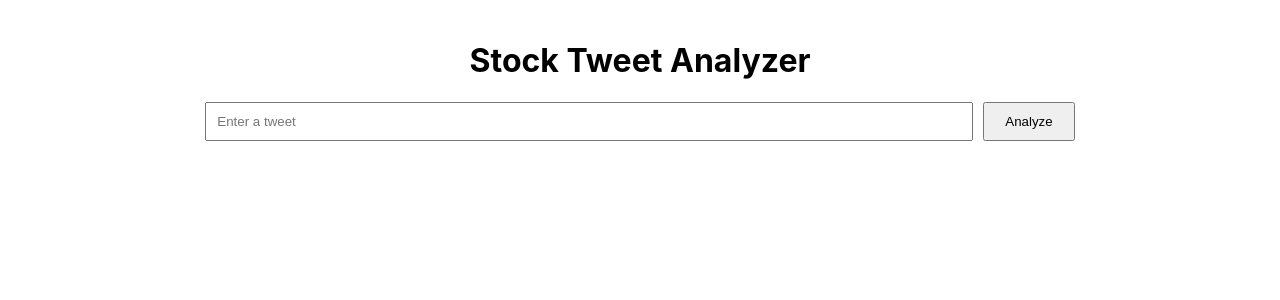
Repository: ayushlenka/ecs171
Page: / (app in frontend/)
These files come from the project's save history. The page is drawn as it stood at one moment and after the next save; the edit follows.
The browser window is 1280 px wide. The pictures show the whole page.
The project was rebuilt for these pictures with package versions that can differ from the ones it lists, and the page was loaded fresh each time. Imported but missing from the stored project, and not drawn on this page: frontend/src/serviceWorkerRegistration.

Above is the page before, as saved 2025-03-09 23:08:19.

### frontend/src/App.js
import React, { useState } from "react";
import { analyzeTweet } from "./services/api";

function App() {
    const [tweet, setTweet] = useState("");
    const [result, setResult] = useState(null);

    const handleSubmit = async (e) => {
        e.preventDefault();
        const response = await analyzeTweet(tweet);
        setResult(response);
    };

    return (
        <div style={{ textAlign: "center", padding: "20px" }}>
            <h1>Stock Tweet Analyzer</h1>
            <form onSubmit={handleSubmit}>
                <input
                    type="text"
                    value={tweet}
                    onChange={(e) => setTweet(e.target.value)}
                    placeholder="Enter a tweet"
                    required
                    style={{ width: "60%", padding: "10px" }}
                />
                <button type="submit" style={{ marginLeft: "10px", padding: "10px 20px" }}>
                    Analyze
                </button>
            </form>

            {result && (
                <div style={{ marginTop: "20px" }}>
                    <h3>Result:</h3>
                    <p><strong>Emotion:</strong> {result.emotion}</p>
                    <p><strong>Sentiment:</strong> {result.sentiment}</p>
                </div>
            )}
        </div>
    );
}

export default App;

### frontend/src/services/api.js
import axios from "axios";

const API_BASE_URL = "http://127.0.0.1:8000"; // FastAPI server

export const analyzeTweet = async (tweet) => {
    try {
        const response = await axios.post(`${API_BASE_URL}/analyze_tweet`, { tweet });
        return response.data;
    } catch (error) {
        console.error("API Error:", error);
        return null;
    }
};

Loaded but not shown: frontend/public/index.html (common file); frontend/src/index.js (common file); frontend/src/index.css (common file); frontend/src/reportWebVitals.js (common file)

After the next save:
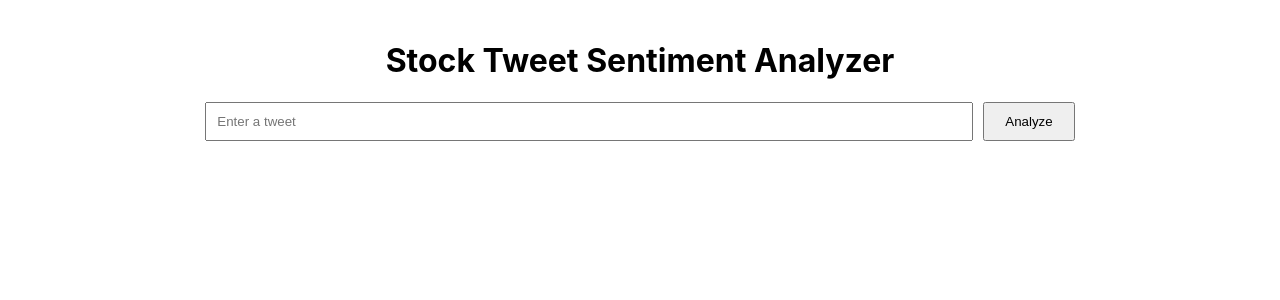
Saved 13 s later.
--- a/frontend/src/App.js
+++ b/frontend/src/App.js
@@ -13,7 +13,7 @@ function App() {
 
     return (
         <div style={{ textAlign: "center", padding: "20px" }}>
-            <h1>Stock Tweet Analyzer</h1>
+            <h1>Stock Tweet Sentiment Analyzer</h1>
             <form onSubmit={handleSubmit}>
                 <input
                     type="text"
